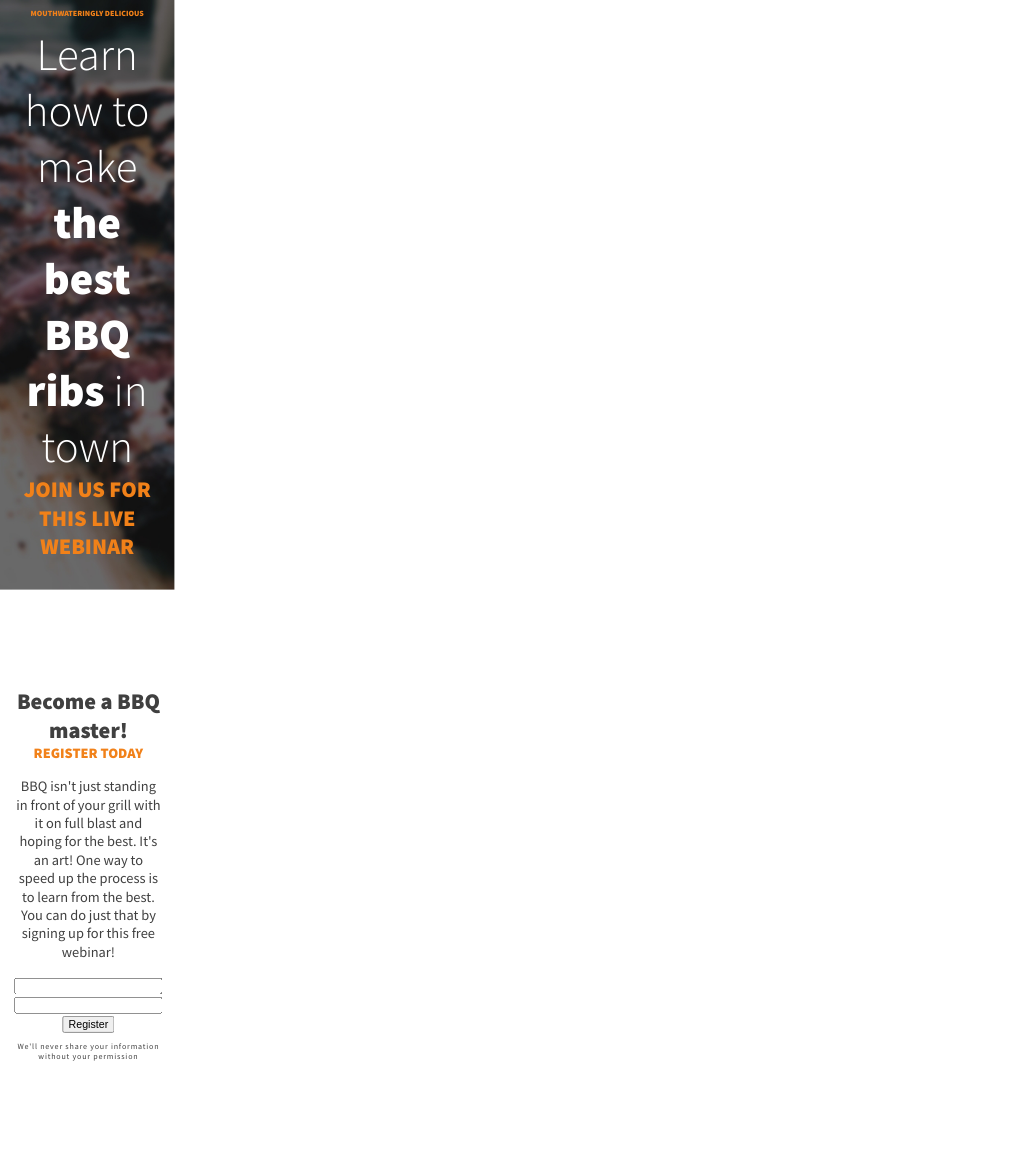
Repository: Doumham-Armah/BBQ-landing-page
Page: index.html
The author's editor kept a copy of each file at every save. The page is drawn from the files as they stood at one save, then again after the next save.
The browser window is 1280 px wide. The pictures show the whole page, at 80% of full size.

Above is the page before, as saved 2021-09-04 21:04:53.

After the next save:
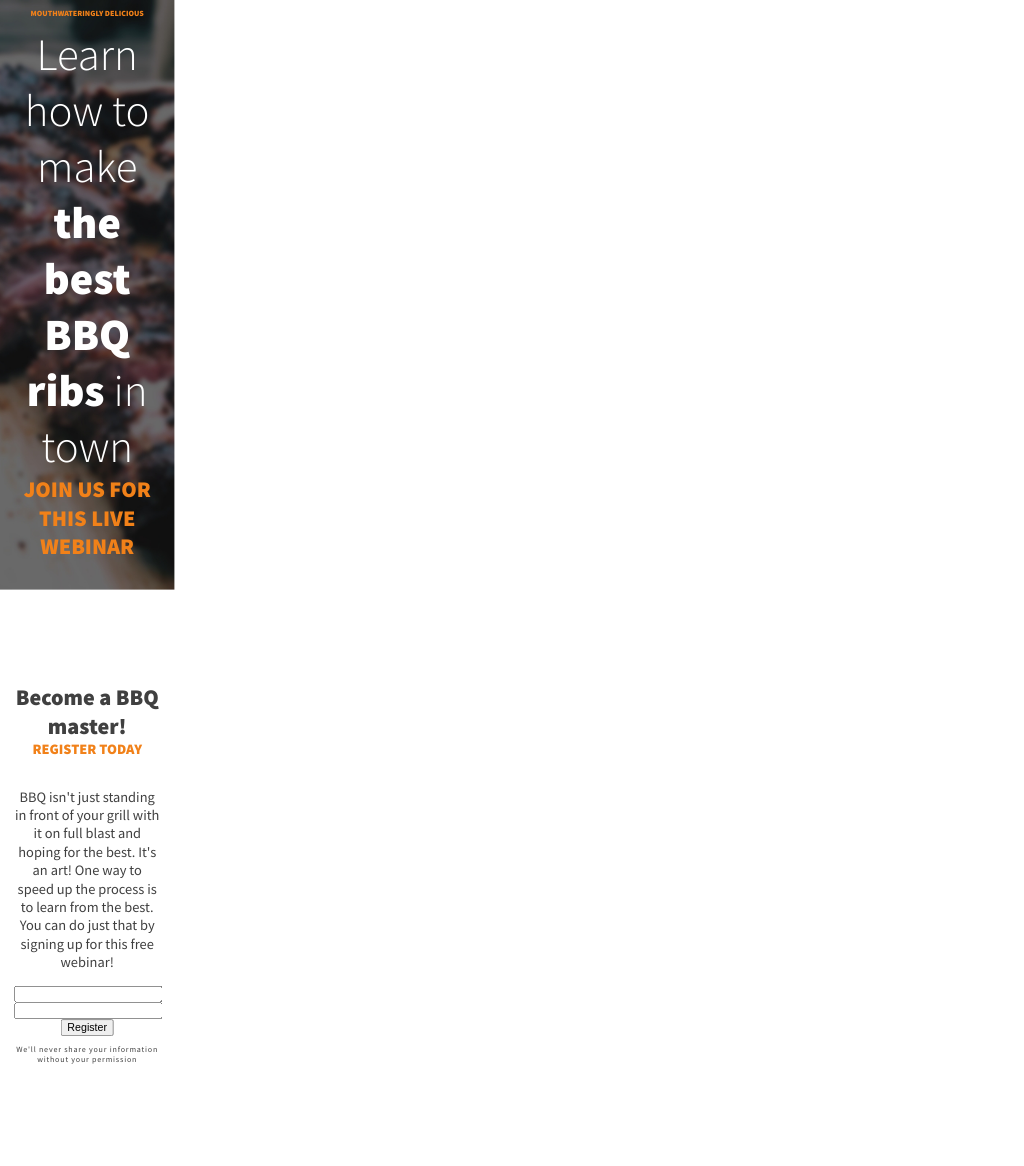
Saved 79 s later.
--- a/index.html
+++ b/index.html
@@ -19,22 +19,20 @@
       </section>
 
       <section class="main-content">
-        <div class="container">
-          <h2>Become a BBQ master!</h2>
-          <p>Register Today</p>
-          <p>
-            BBQ isn't just standing in front of your grill with it on full blast
-            and hoping for the best. It's an art! One way to speed up the
-            process is to learn from the best. You can do just that by signing
-            up for this free webinar!
-          </p>
-          <input type="text" />
-          <input type="text" />
-          <button class="btn register-btn">Register</button>
-          <p class="fine-print">
-            We'll never share your information without your permission
-          </p>
-        </div>
+        <h2>Become a BBQ master!</h2>
+        <p>Register Today</p>
+        <p>
+          BBQ isn't just standing in front of your grill with it on full blast
+          and hoping for the best. It's an art! One way to speed up the process
+          is to learn from the best. You can do just that by signing up for this
+          free webinar!
+        </p>
+        <input type="text" />
+        <input type="text" />
+        <button class="btn register-btn">Register</button>
+        <p class="fine-print">
+          We'll never share your information without your permission
+        </p>
       </section>
     </div>
   </body>
